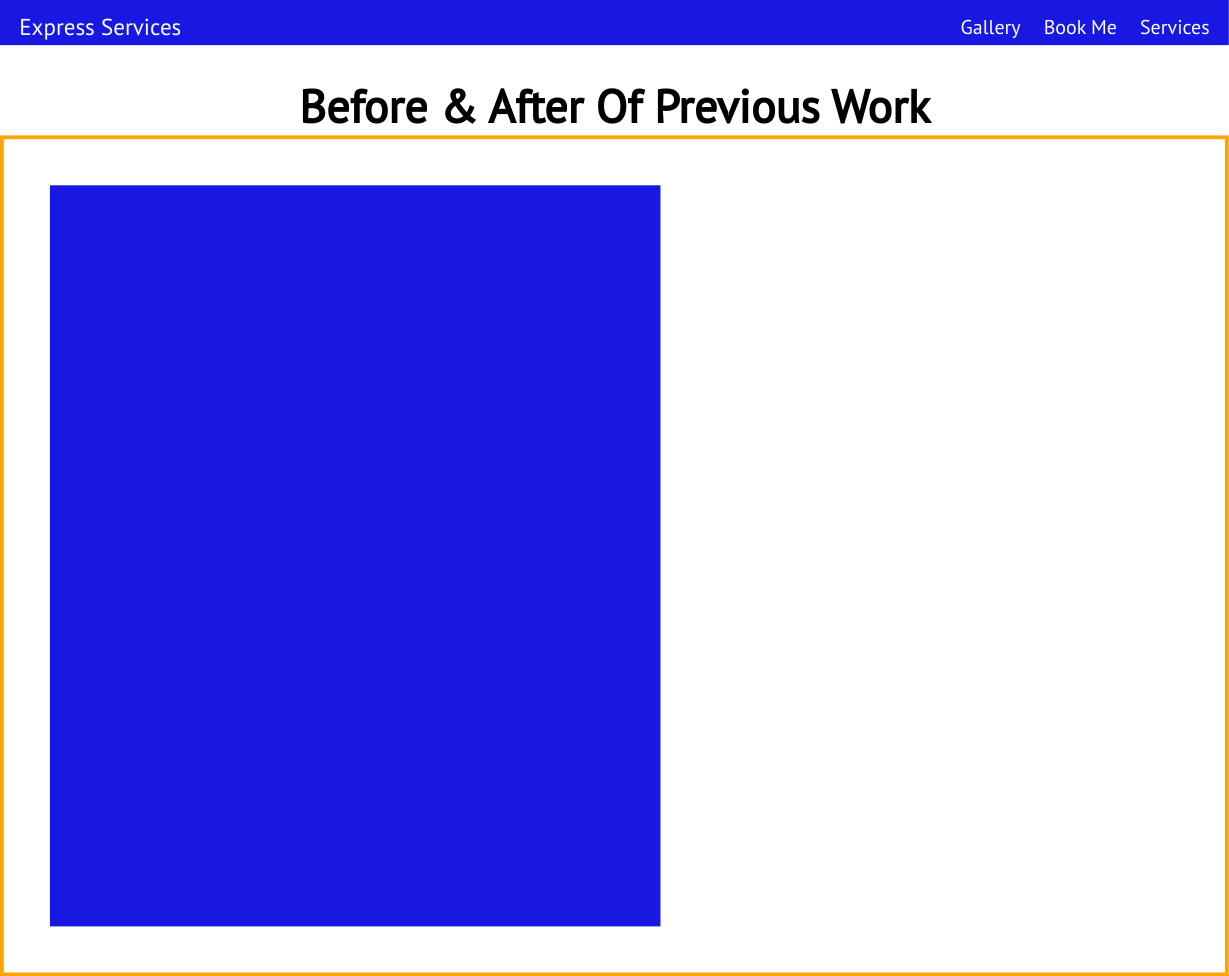
Repository: DrummerDee/mir-miami
Page: /Gallery (app in mr-miami/)
An editor plug-in stored every save of this project. The page is shown before and after the next save, followed by the edit.
The browser window is 1280 px wide. The pictures show the whole page, at 96% of full size.
The pointer rests on the first visible `.frame`.
The project was rebuilt for these pictures with package versions that can differ from the ones it lists, and the page was loaded fresh each time. Also part of the build but not shown: mr-miami/src/Styles/Services.css, mr-miami/src/Components/Services.js, mr-miami/src/Components/Homepage.js, mr-miami/src/Styles/Calendar.css, mr-miami/src/Styles/Times.css, mr-miami/src/Components/Times.js, mr-miami/src/Components/Time.js, mr-miami/src/Components/BookMe.js.

Above is the page before, as saved 2022-09-08 23:06:09.

After the next save:
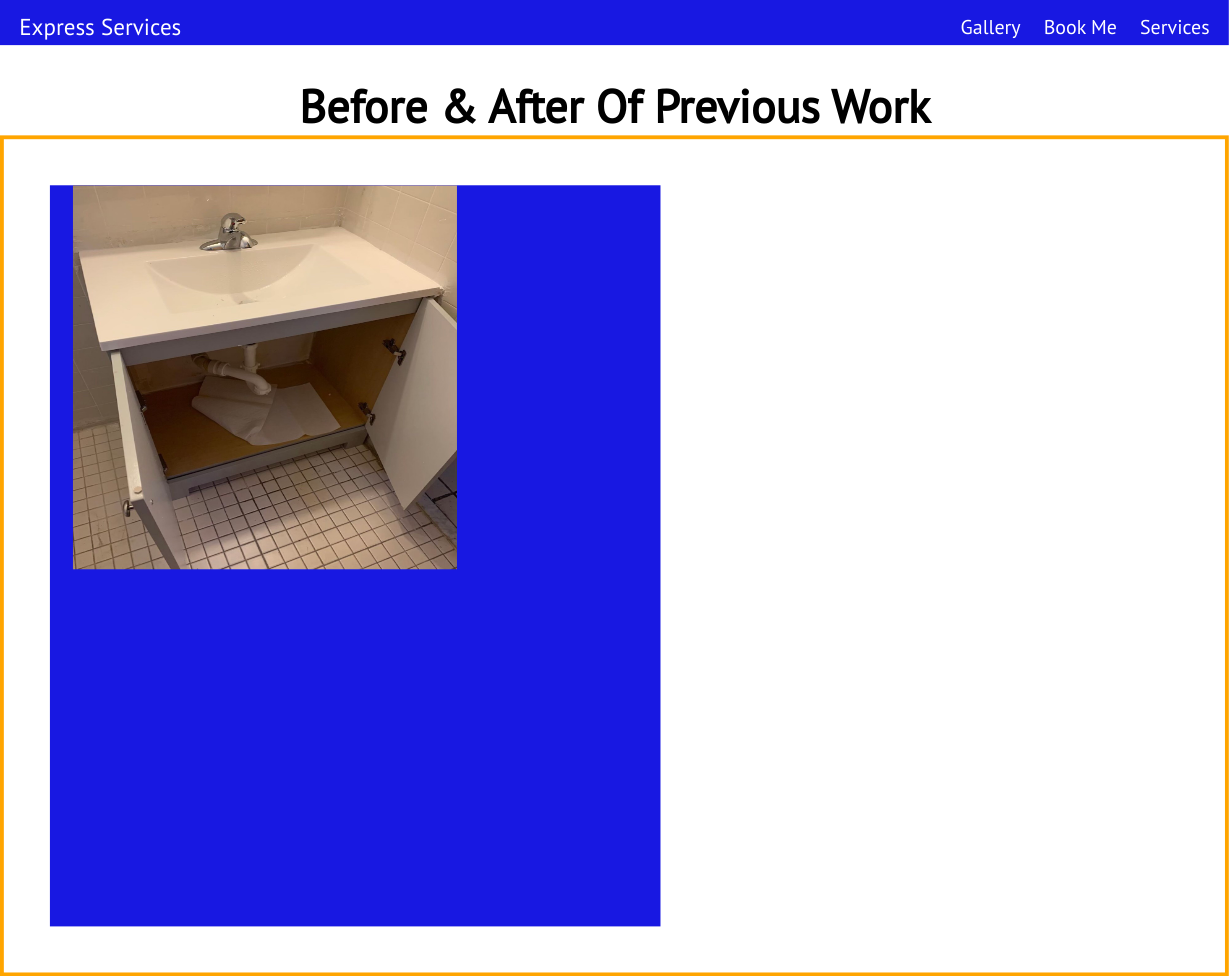
Saved 4 s later.
--- a/mr-miami/src/Styles/App.css
+++ b/mr-miami/src/Styles/App.css
@@ -43,5 +43,5 @@ img{
   opacity: 0;
 }
 .frame:hover img.bottom{
-
+  opacity: 1;
 }
